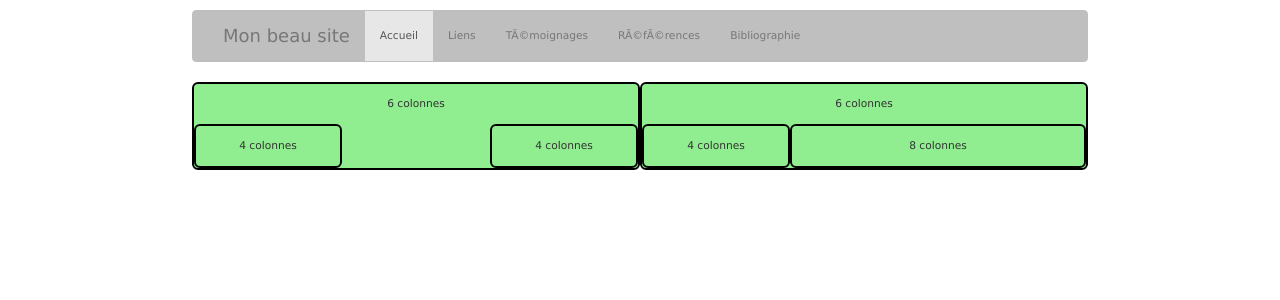
Repository: dridrii/COMPET-BLOC
Page: http://localhost/COMPET-BLOC/
The author's editor kept a copy of each file at every save. The page is drawn from the files as they stood at one save, then again after the next save.
The browser window is 1280 px wide. The pictures show the whole page.
The page is served by Tomcat 9. Other server files are loaded and not shown.

Above is the page before, as saved 2015-07-11 17:16:34.

### COMPET-BLOC/WebContent/index.jsp
<!DOCTYPE html>
<html>
 <head>
    <link href="boostrap/dist/css/bootstrap.css" rel="stylesheet">
    <link href="inc/css/tuto.css" rel="stylesheet">
  </head>
  <body>
	  <div class="container navbar navbar-default">
		  <div class="navbar-header">
		    	<a class="navbar-brand" href="#">Mon beau site</a>
		  </div>
		  <ul class="nav navbar-nav">
			    <li class="active"><a href="#">Accueil</a></li>
			    <li><a href="#">Liens</a></li>
			    <li><a href="#">Témoignages</a></li>
			    <li><a href="#">Références</a></li>
			    <li><a href="#">Bibliographie</a></li>
		  </ul>
	</div>

    <div class="container">
 		 <div class="row">
   			 <div class="col-md-6"> 6 colonnes
   			 	<div class="row">
	    			<div class="col-md-4"> 4 colonnes</div>
	    			<div class="col-md-4 col-lg-offset-4"> 4 colonnes</div>
	    		</div>
    		</div>
    		<div class="col-md-6"> 6 colonnes
   			 	<div class="row">
	    			<div class="col-md-4"> 4 colonnes</div>
	    			<div class="col-md-8"> 8 colonnes</div>
	    		</div>
    		</div>
    	</div>
	</div>
  </body>
</html>

### COMPET-BLOC/WebContent/inc/css/tuto.css
.container {
	padding-right: 15px;
  	padding-left: 15px;
 	margin-right: auto;
  	margin-left: auto;
}

.row {
  margin-right: -15px;
  margin-left: -15px;
}


.navbar-default {
	background-color: #bfbfbf;
	border-color: #bfbfbf ;
}


.text{
	color: #333333;

}

.img-logo {
	height : 250px;
	width : auto;
}

/* Général ------------------------------------------------------------------------------------- */

body, p, legend, label, input {
    font: normal 8pt verdana, helvetica, sans-serif;
}

fieldset {
    padding: 10px;
    border: 1px #0568CD solid;
}

legend {
    font-weight: bold;
    color: #0568CD;
}

/* Forms --------------------------------------------------------------------------------------- */

form label {
    float: left;
    width: 200px;
    margin: 3px 0px 0px 0px;
}

form input {
    margin: 3px 3px 0px 0px;
    border: 1px #999 solid;
}

form input.sansLabel {
    margin-left: 200px;
}

form .requis {
    color: #c00;
}

body {
  padding-top: 10px;
}
[class*="col-"], footer {
  background-color: lightgreen;
  border: 2px solid black;
  border-radius: 6px;
  line-height: 40px;
  text-align: center;
}

@media (min-width: 768px) {
  .container {
    width: 70%;
  }
}
@media (min-width: 992px) {
  .container {
    width: 70%;
  }
}
@media (min-width: 1200px) {
  .container {
    width: 70%;
  }
}

Loaded but not shown: COMPET-BLOC/WebContent/WEB-INF/taglibs.jsp (common file); COMPET-BLOC/WebContent/boostrap/dist/css/bootstrap.css (library)

After the next save:
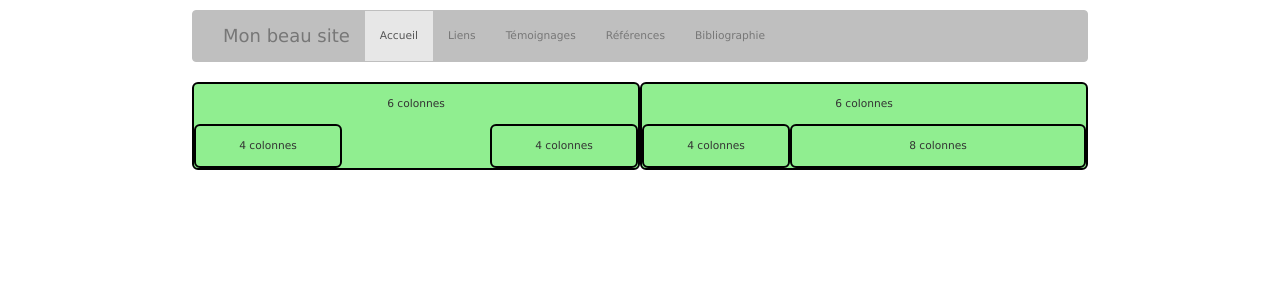
Saved 2 min 50 s later.
--- a/COMPET-BLOC/WebContent/index.jsp
+++ b/COMPET-BLOC/WebContent/index.jsp
@@ -1,3 +1,4 @@
+<%@ page pageEncoding="UTF-8" %>
 <!DOCTYPE html>
 <html>
  <head>
